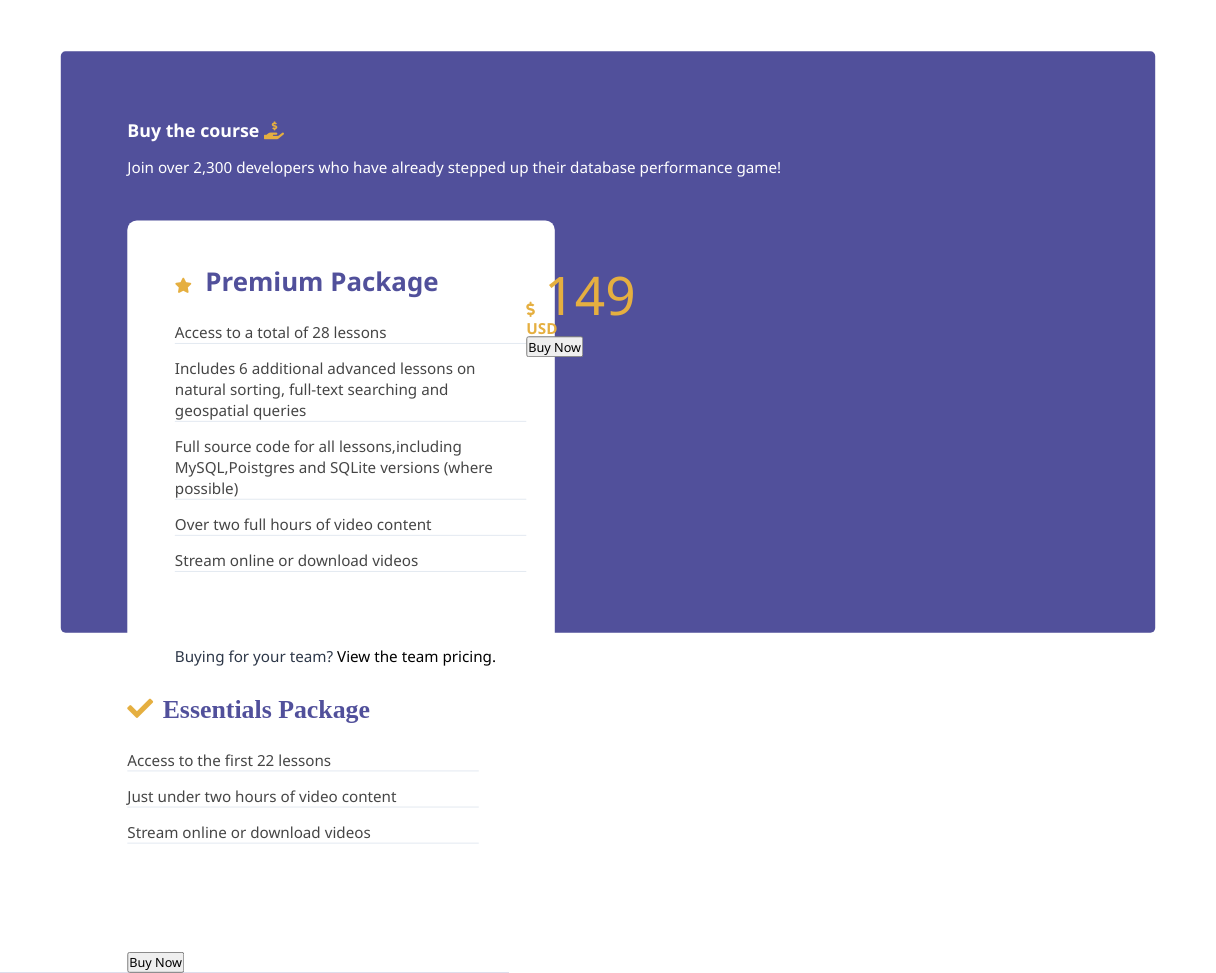
Repository: Z-ayat/Challenges
Page: Challenge 4/index.html
The author's editor kept a copy of each file at every save. The page is drawn from the files as they stood at one save, then again after the next save.
The browser window is 1280 px wide. The pictures show the whole page, at 95% of full size.

Above is the page before, as saved 2021-09-07 01:51:48.

After the next save:
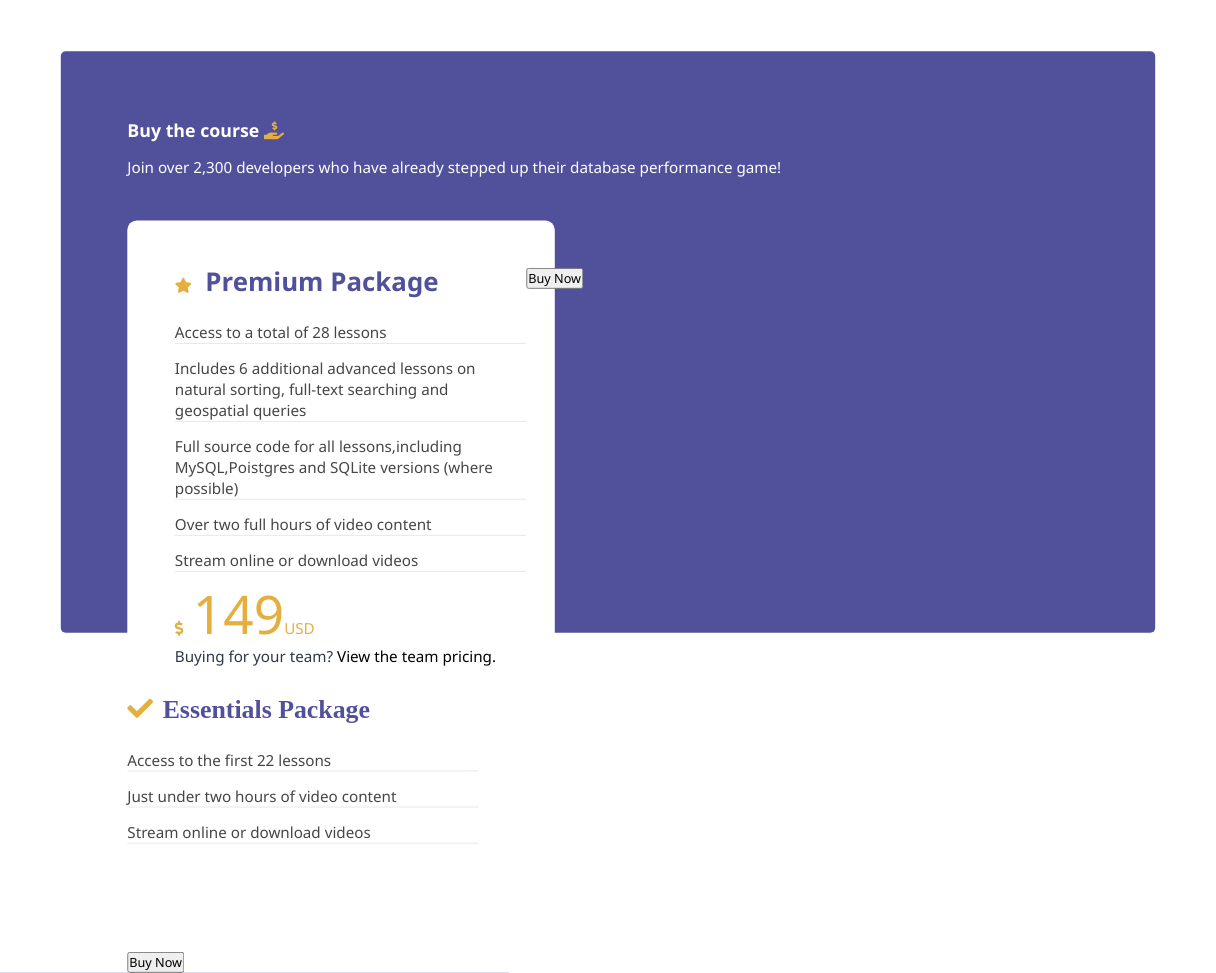
Saved 6 s later.
--- a/Challenge 4/index.html
+++ b/Challenge 4/index.html
@@ -27,7 +27,7 @@
                 </p>
                 <p class="specs">Over two full hours of video content</p>
                 <p class="specs">Stream online or download videos</p>
-                <i class="fas fa-dollar-sign"><span class="price">149</span><p class="usd">USD</p></i>
+                <i class="fas fa-dollar-sign"><span class="price">149</span><span class="usd">USD</span></i>
 
                 <button>Buy Now</button>
                 <p class="buyalign">Buying for your team? <a href="#">View the team pricing.</a></p>
